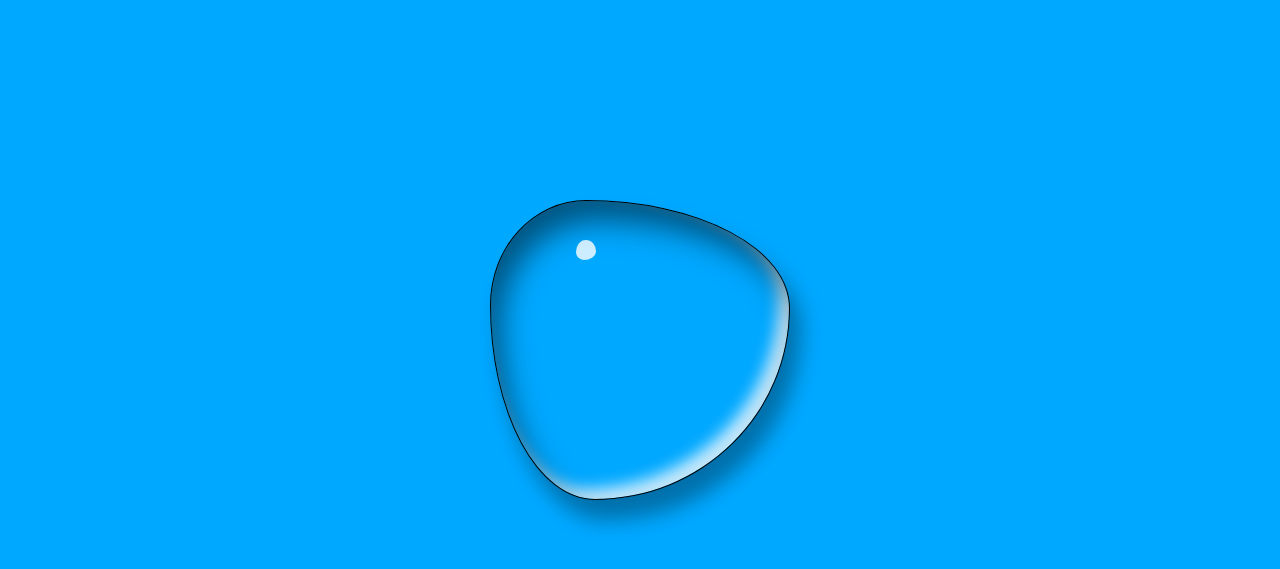
Repository: BlackCat328/CSS_Animation
Page: 52.水滴特效/demo.html
An editor plug-in stored every save of this project. The page is shown before and after the next save, followed by the edit.
The browser window is 1280 px wide. The pictures show the whole page.

Above is the page before, as saved 2022-10-31 23:56:55.

After the next save:
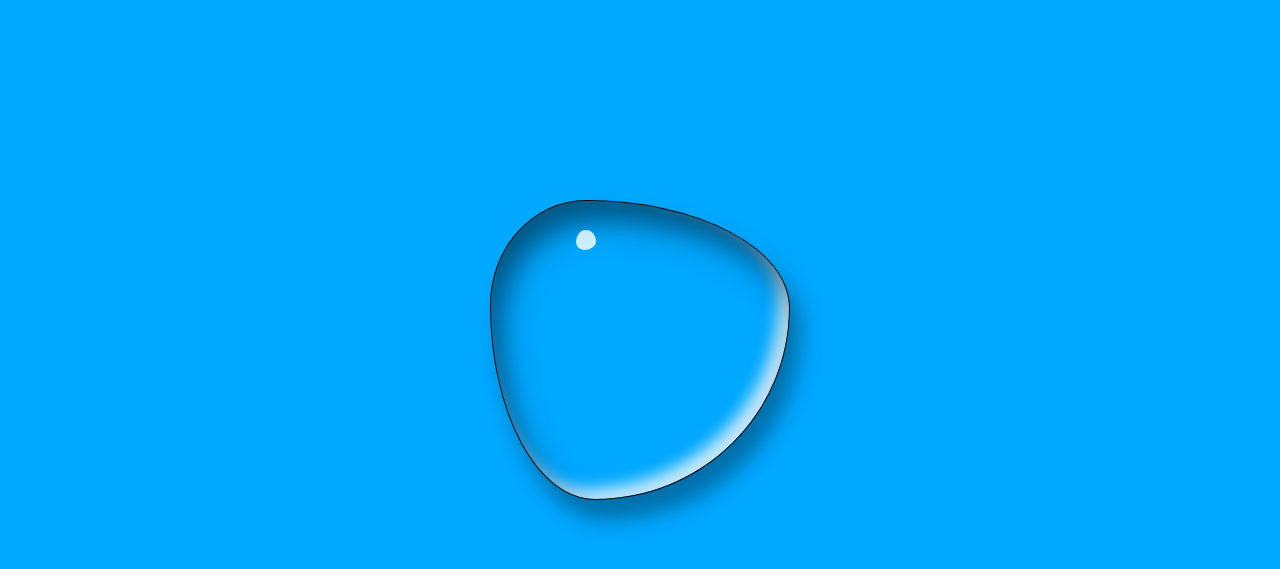
Saved 6 s later.
--- a/52.水滴特效/demo.css
+++ b/52.水滴特效/demo.css
@@ -29,7 +29,7 @@
     width: 20px;
     height: 20px;
     position: absolute;
-    top: 240px;
+    top: 230px;
     left: 45%;
     background-color: rgba(255, 255, 255, 0.8);
     border-radius: 49% 51% 61% 39% / 59% 56% 44% 41%;
